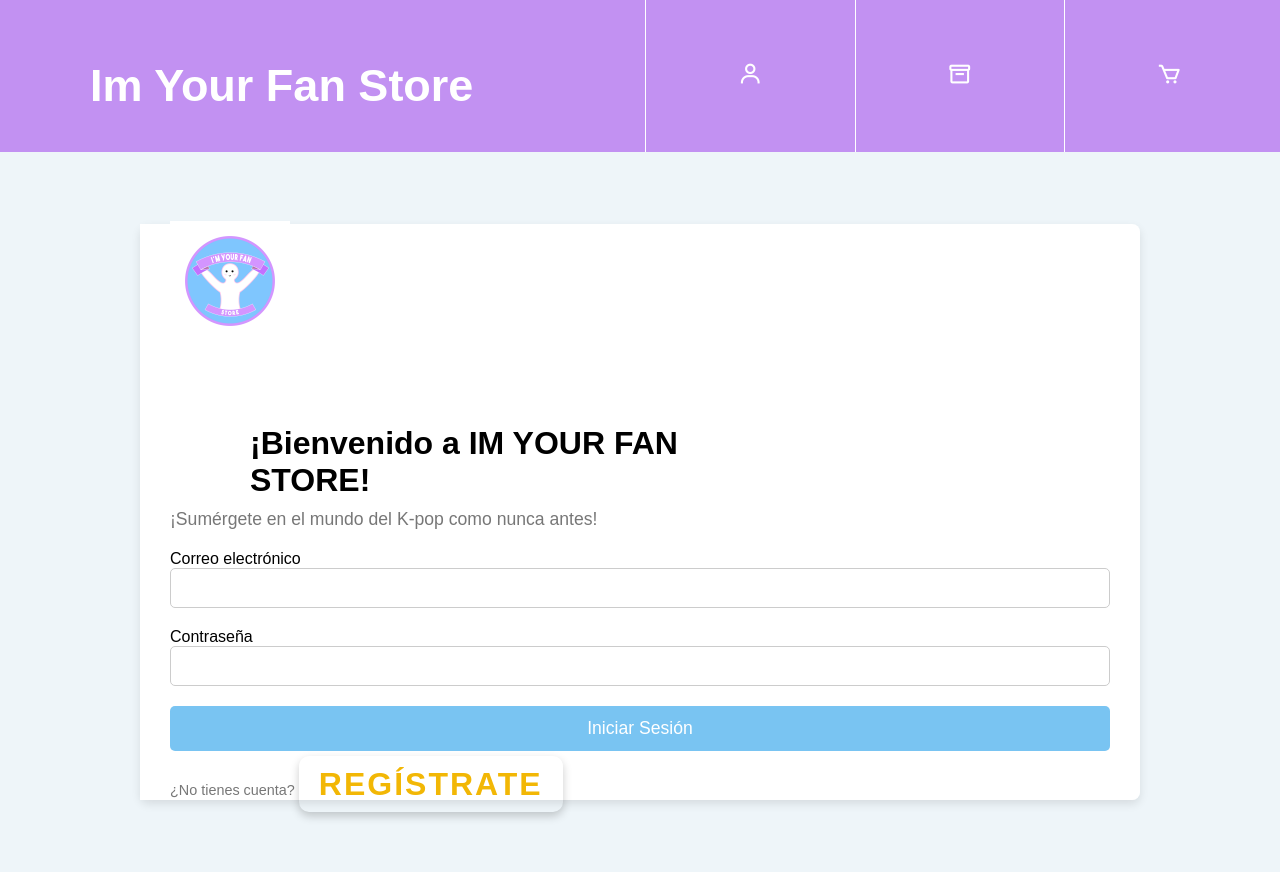
Repository: imyourfan-store/e-commerce
Page: /#/login
These files come from the project's save history. The page is drawn as it stood at one moment and after the next save; the edit follows.
The browser window is 1280 px wide. The pictures show the whole page.
The project was rebuilt for these pictures with package versions that can differ from the ones it lists, and the page was loaded fresh each time. Also part of the build but not shown: vite.config.js, src/components/home/styles/ProductCard.css, src/components/home/ProductCard.jsx, src/components/home/Categories.jsx, src/pages/Home.jsx, src/components/productId/styles/ProductInfo.css, src/components/productId/ProductInfo.jsx, src/components/productId/SimilarProducts.jsx and 15 more.

Above is the page before, as saved 2025-02-16 22:01:28.

After the next save:
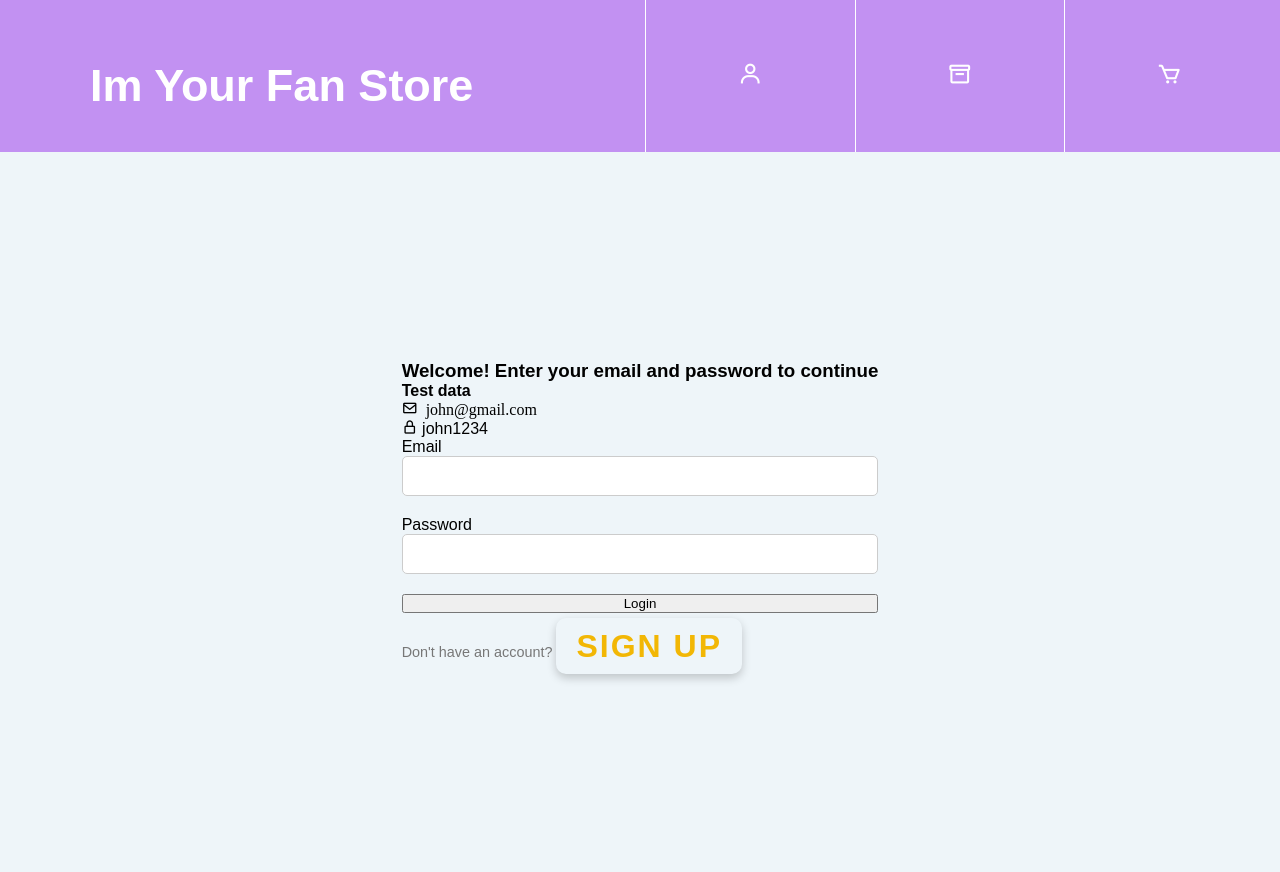
Saved 45 s later.
--- a/src/pages/Login.jsx
+++ b/src/pages/Login.jsx
@@ -6,7 +6,9 @@
 
 const Login = () => {
   const { token, user } = useSelector((state) => state.userInfo);
+
   const { register, handleSubmit } = useForm();
+
   const dispatch = useDispatch();
 
   const submit = (data) => {
@@ -28,29 +30,30 @@
           </button>
         </section>
       ) : (
-        <div className="contenedor-login">
-          <div className="contenedor-texto">
-            <div className="contenedor-form">
-              <div className="logo_login">
-                <img src="/src/img/Icono Redes Sociales - IYF.jpg" alt="logo" />
-              </div>
-              <h1 className="titulo">¡Bienvenido a IM YOUR FAN STORE!</h1>
-              <p className="descripcion">¡Sumérgete en el mundo del K-pop como nunca antes!</p>
-              <form className="login__form" onSubmit={handleSubmit(submit)}>
-                <div className="login__field">
-                  <label className="login__label">Correo electrónico</label>
-                  <input className="login__input" type="email" {...register('email')} />
-                </div>
-                <div className="login__field">
-                  <label className="login__label">Contraseña</label>
-                  <input className="login__input" type="password" {...register('password')} />
-                </div>
-                <button className="btn" type="submit">Iniciar Sesión</button>
-                <p className="login__text-footer">¿No tienes cuenta? <span>Regístrate</span></p>
-              </form>
-            </div>
+        <form className="login__form" onSubmit={handleSubmit(submit)}>
+          <h3 className="login__title">Welcome! Enter your email and password to continue</h3>
+          <div className="login__container-test">
+            <h4 className="login__test-title">Test data</h4>
+            <p className="login__test-email">
+              <i className="bx bx-envelope"> john@gmail.com</i>
+            </p>
+            <p className="login__test-password">
+              <i className="bx bx-lock-alt"></i> john1234
+            </p>
           </div>
-        </div>
+          <div className="login__field">
+            <label className="login__label">Email</label>
+            <input className="login__input" type="email" {...register('email')} />
+          </div>
+          <div className="login__field">
+            <label className="login__label">Password</label>
+            <input className="login__input" type="password" {...register('password')} />
+          </div>
+          <button className="login__btn">Login</button>
+          <p className="login__text-footer">
+            Don't have an account? <span>Sign up</span>
+          </p>
+        </form>
       )}
     </main>
   );
